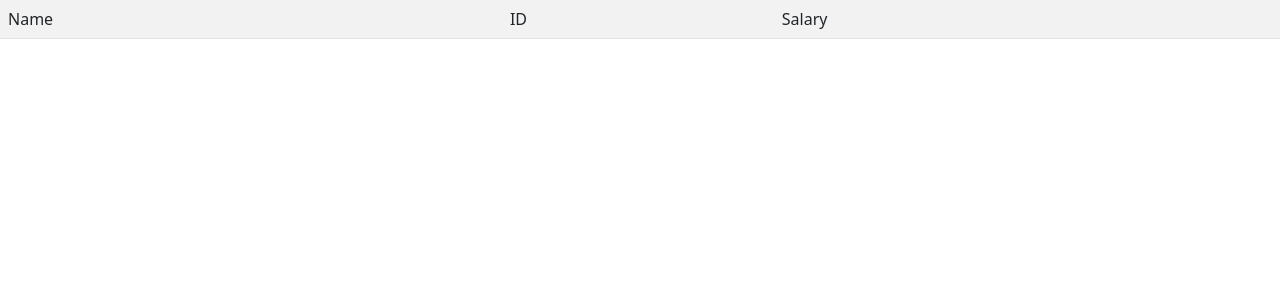
Repository: valletivarish/monojsp
Page: http://localhost/05-jsp-jstl-tags-demo/emp-jstl-forEach-demo.jsp
The author's editor kept a copy of each file at every save. The page is drawn from the files as they stood at one save, then again after the next save.
The browser window is 1280 px wide. The pictures show the whole page.
The page is served by Tomcat 9.

Above is the page before, as saved 2024-07-15 08:15:39.

### 05-jsp-jstl-tags-demo/WebContent/emp-jstl-forEach-demo.jsp
<%@ page language="java" contentType="text/html; charset=ISO-8859-1"
    pageEncoding="ISO-8859-1"%>
<%@ taglib uri="http://java.sun.com/jsp/jstl/core" prefix="c"%>
<%@ taglib uri="http://java.sun.com/jsp/jstl/functions" prefix="fn"%>
<%@ page import="java.util.ArrayList" %>
<%@ page import="com.monocept.model.Employee" %>
<link href="https://cdn.jsdelivr.net/npm/bootstrap@5.0.2/dist/css/bootstrap.min.css" rel="stylesheet" integrity="sha384-EVSTQN3/azprG1Anm3QDgpJLIm9Nao0Yz1ztcQTwFspd3yD65VohhpuuCOmLASjC" crossorigin="anonymous">
<!DOCTYPE html>
<html>
<head>
<meta charset="ISO-8859-1">
<title>Insert title here</title>
</head>
<body>
	<%
		ArrayList<Employee> employees=new ArrayList<Employee>();
		employees.add(new Employee("Varish",1,10000.0));
		employees.add(new Employee("Shivamani",2,10000.0));
		employees.add(new Employee("Ajay",3,10000.0));
		pageContext.setAttribute("myEmployees", employees);
	%>
	<table class="table table-striped">
		<tr>
			<td>Name</td>
			<td>ID</td>
			<td>Salary</td>
		</tr>
	</table>
	<c:forEach var="emp" items="${myEmployees}">

	</c:forEach>

</body>
</html>

### 05-jsp-jstl-tags-demo/src/com/monocept/model/Employee.java
package com.monocept.model;


public class Employee {
	private String name;
	private int id;
	private double salary;
	public Employee(String name, int id, double salary) {
		super();
		this.name = name;
		this.id = id;
		this.salary = salary;
	}
	public String getName() {
		return name;
	}
	public void setName(String name) {
		this.name = name;
	}
	public int getId() {
		return id;
	}
	public void setId(int id) {
		this.id = id;
	}
	public double getSalary() {
		return salary;
	}
	public void setSalary(double salary) {
		this.salary = salary;
	}
}

After the next save:
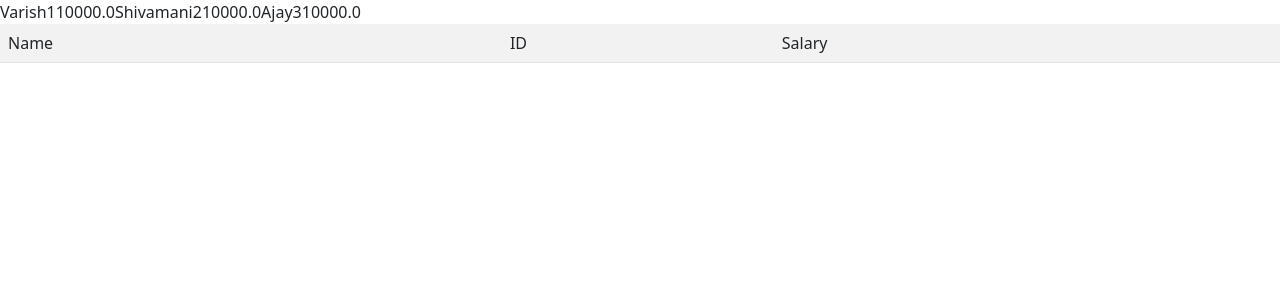
Saved 65 s later.
--- a/05-jsp-jstl-tags-demo/WebContent/emp-jstl-forEach-demo.jsp
+++ b/05-jsp-jstl-tags-demo/WebContent/emp-jstl-forEach-demo.jsp
@@ -25,10 +25,12 @@
 			<td>ID</td>
 			<td>Salary</td>
 		</tr>
-	</table>
+
 	<c:forEach var="emp" items="${myEmployees}">
-
+		<tr>${emp.name}</tr>
+		<tr>${emp.id}</tr>
+		<tr>${emp.salary}</tr>
 	</c:forEach>
-
+		</table>
 </body>
 </html>
